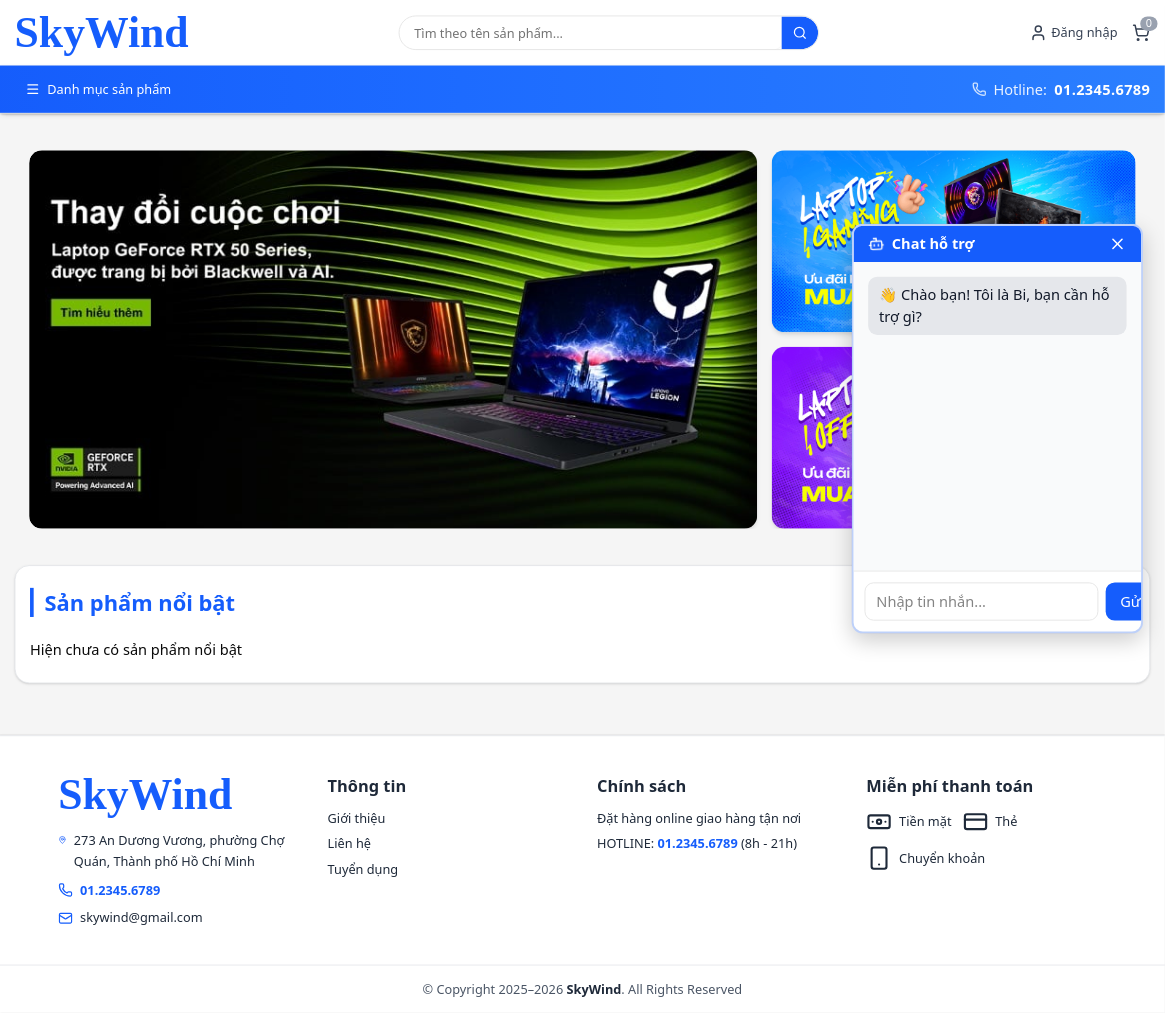
Repository: SkyWindd/project_skywind
Page: / (app in frontend/), after clicking the first element matching `button.p-4`
An editor plug-in stored every save of this project. The page is shown before and after the next save, followed by the edit.
The browser window is 1280 px wide. The pictures show the whole page, at 91% of full size.
The page's requests for data from a server got no answer. Some web fonts or font styles are not loaded; a fallback is used. The project was rebuilt for these pictures with package versions that can differ from the ones it lists, and the page was loaded fresh each time. No one was signed in, and anything a server would have sent is missing. Also part of the build but not shown: frontend/vite.config.js, frontend/src/components/ui/dropdown-menu.jsx, frontend/src/components/ui/separator.jsx, frontend/src/components/ui/breadcrumb.jsx, frontend/src/components/mainLayout/breadCrumb.jsx, frontend/src/routes/ProtectedRoute.jsx, frontend/src/components/ui/card.jsx, frontend/src/components/Product/productcard.jsx and 58 more.

Above is the page before, as saved 2026-05-16 18:05:29.

After the next save:
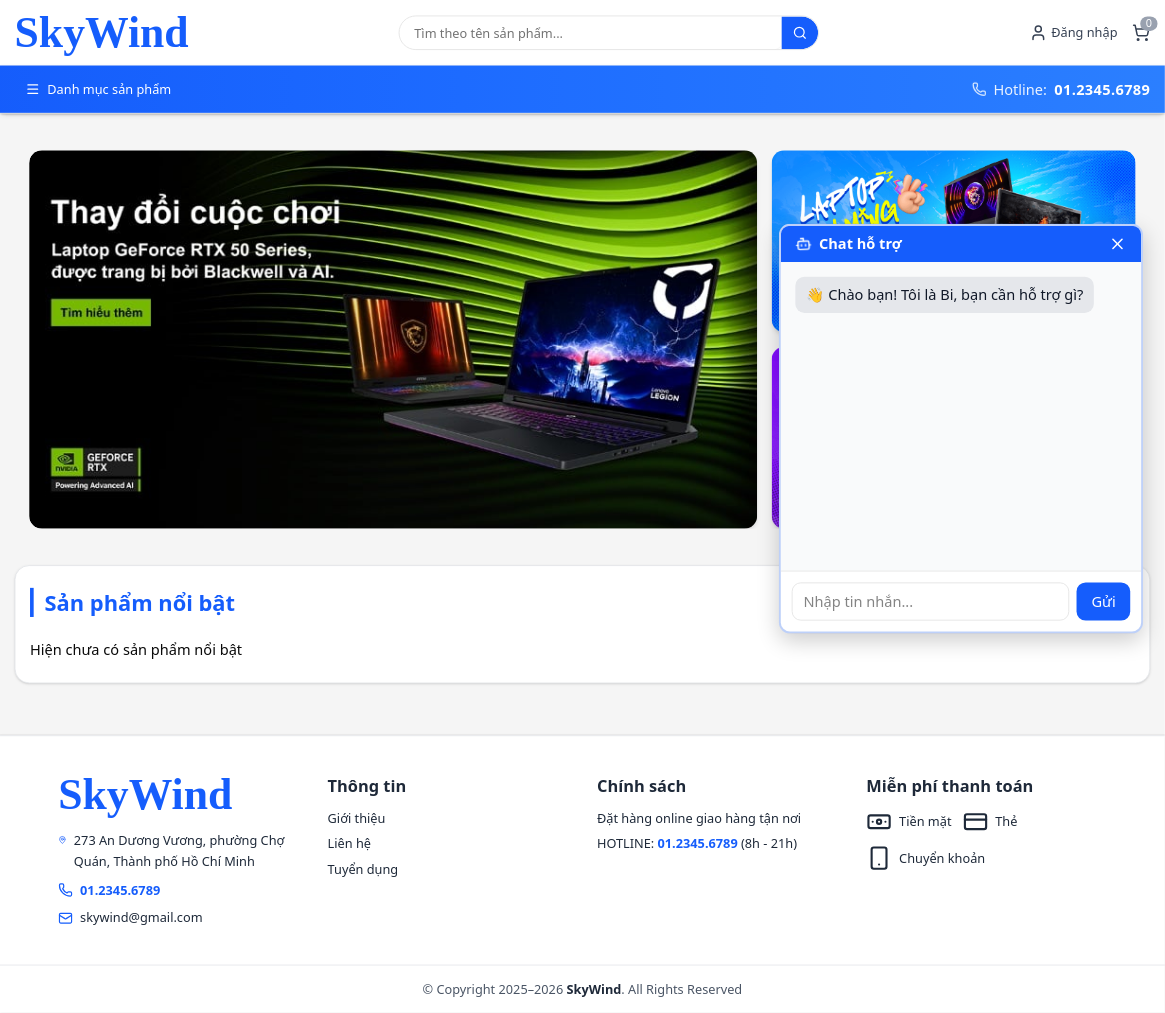
Saved 4 min 42 s later.
--- a/frontend/src/ChatBox.css
+++ b/frontend/src/ChatBox.css
@@ -45,7 +45,7 @@
 
 /* --- Layout Chatbox --- */
 .chatbox-container {
-  width: 320px;
+  width: 400px;
   height: 450px;
   background: #fff;
   border-radius: 12px;
